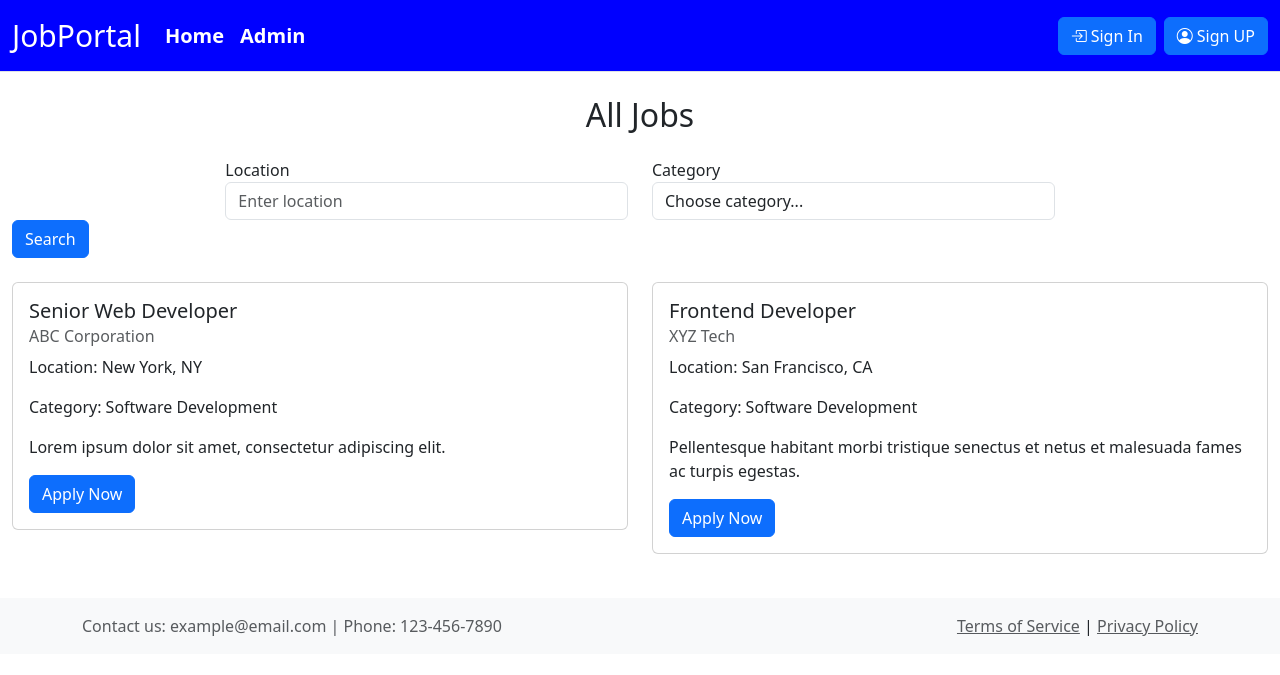
Repository: smruti12344/Job_Portal
Page: http://localhost/Job_portal/home.jsp
These files come from the project's save history. The page is drawn as it stood at one moment and after the next save; the edit follows.
The browser window is 1280 px wide. The pictures show the whole page.
Some web libraries are served in a nearby version. The page is served by Tomcat 9.

Above is the page before, as saved 2024-04-17 06:06:07.

After the next save:
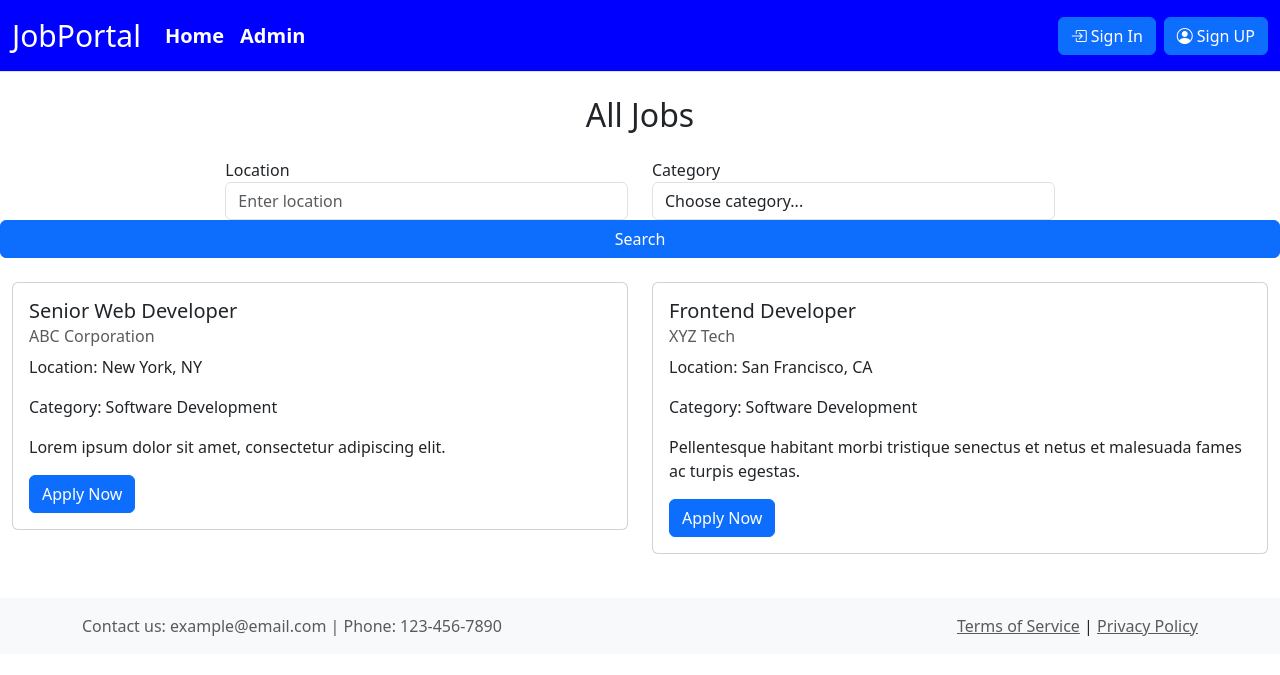
Saved 27 s later.
--- a/Job_portal/src/main/webapp/home.jsp
+++ b/Job_portal/src/main/webapp/home.jsp
@@ -39,9 +39,9 @@
                     </select>
                 </div>
 
+                <button type="submit" class="btn btn-primary text-center">Search</button>
+            </div>
 
-            </div>
-              <button type="submit" class="btn btn-primary text-center">Search</button>
         </form>
 
         <div class="row mt-4">

After the save that followed:
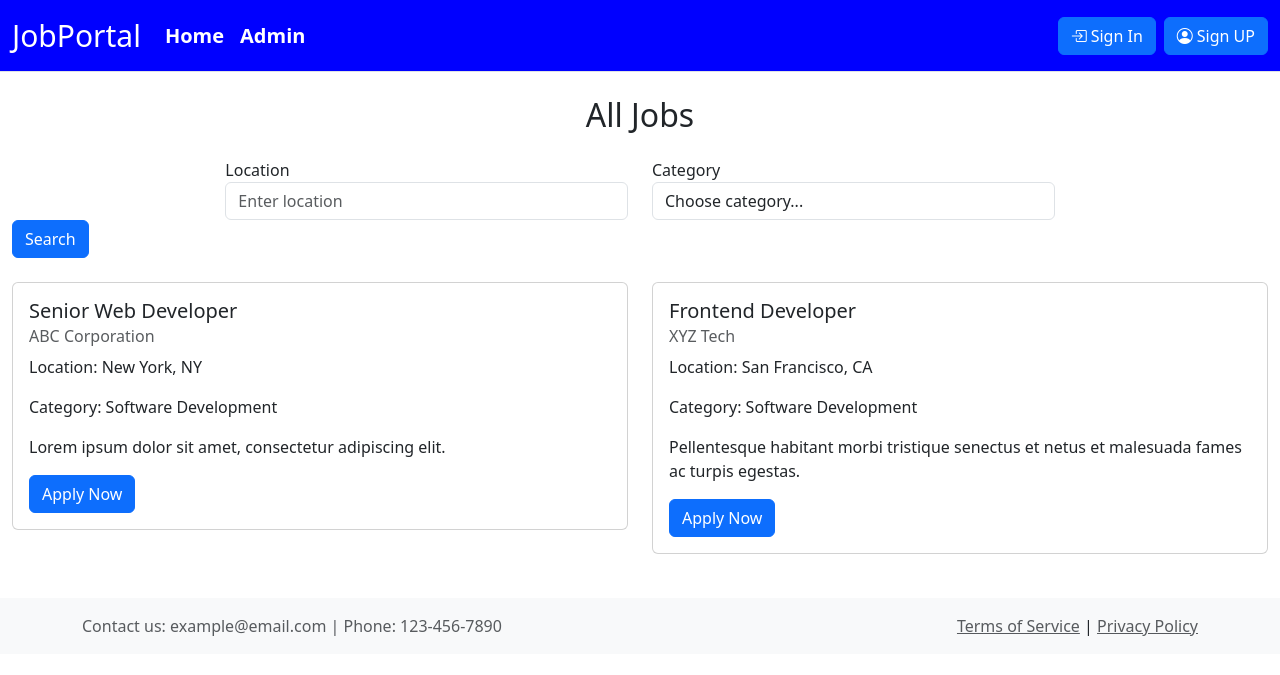
Saved 28 s later.
--- a/Job_portal/src/main/webapp/home.jsp
+++ b/Job_portal/src/main/webapp/home.jsp
@@ -39,7 +39,8 @@
                     </select>
                 </div>
 
-                <button type="submit" class="btn btn-primary text-center">Search</button>
+               <div>
+                <button type="submit" class="btn btn-primary text-center">Search</button> </div>
             </div>
 
         </form>
